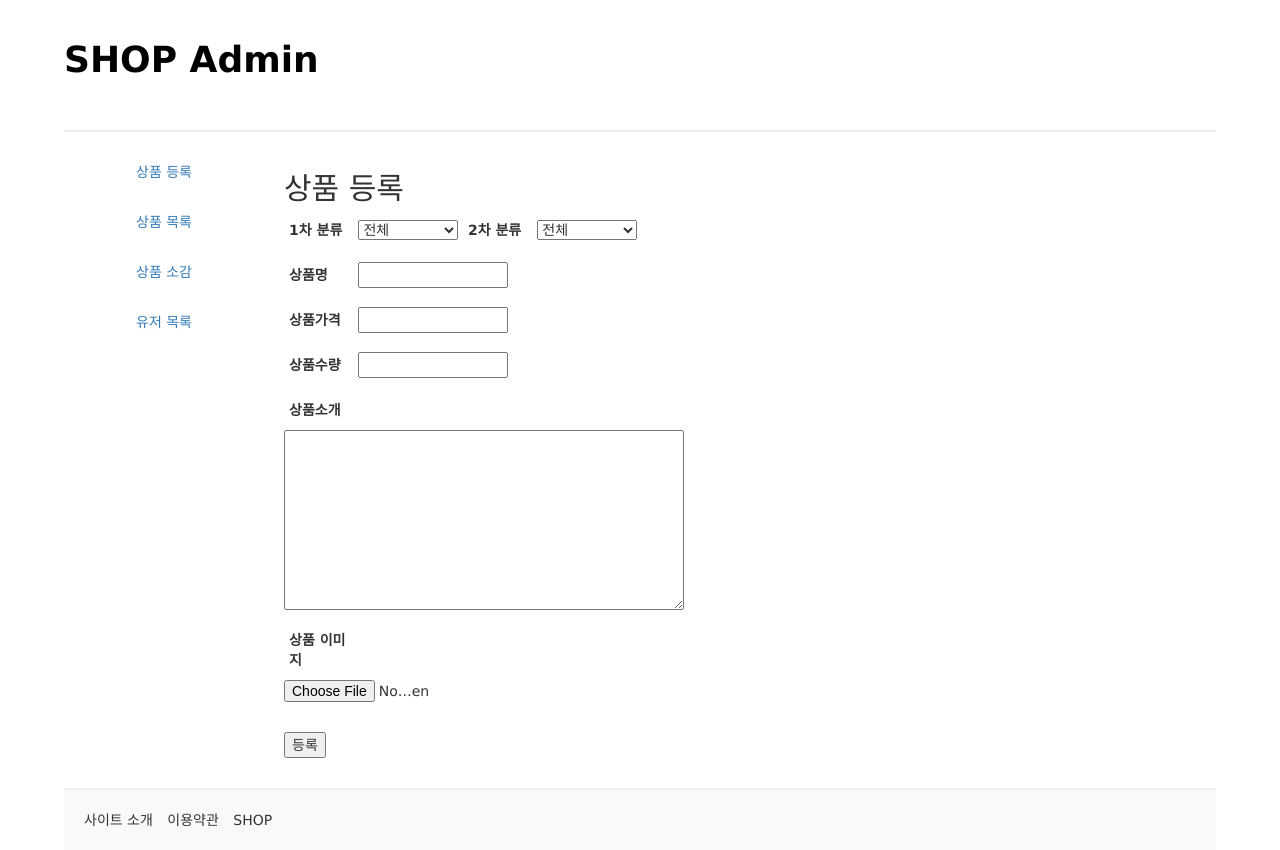
Repository: leesoonyong/shopping-mall
Page: http://localhost/shop/WEB-INF/views/admin/goods/register.jsp
These files come from the project's save history. The page is drawn as it stood at one moment and after the next save; the edit follows.
The browser window is 1280 px wide. The pictures show the whole page.
The page is served by Tomcat 9. Nobody is signed in. Other server files are loaded and not shown. The template is opened directly, without the code that normally fills it, so the values that code supplies are empty.

Above is the page before, as saved 2020-09-13 03:17:06.
Console error (its wording comes from the project's code and is left out).

### shop/src/main/webapp/WEB-INF/views/admin/goods/register.jsp
<%@ taglib uri="http://java.sun.com/jsp/jstl/core" prefix="c" %>
<%@ page language="java" contentType="text/html; charset=UTF-8" pageEncoding="UTF-8"%>
<!DOCTYPE html>
<html>
<head>
<meta charset="UTF-8">
<script src='https://code.jquery.com/jquery-3.3.1.min.js'></script>
<link rel="stylesheet" href="/resources/bootstrap/css/bootstrap.min.css">
<link rel="stylesheet" href="/resources/bootstrap/css/bootstrap-theme.min.css">
<script src="/resources/bootstrap/js/bootstrap.min.js"></script>
<script src="https://maxcdn.bootstrapcdn.com/bootstrap/3.3.2/js/bootstrap.min.js"></script>
<style>
body {
	font-family: '맑은 고딕', verdana;
	padding: 0;
	margin: 0;
}

ul {
	padding: 0;
	margin: 0;
	list-style: none;
}

div#root {
	width: 90%;
	margin: 0 auto;
}

header#header {
	font-size: 60px;
	padding: 20px 0;
}

header#header h1 a {
	color: #000;
	font-weight: bold;
}

nav#nav {
	padding: 10px;
	text-align: right;
}

nav#nav ul li {
	display: inline-block;
	margin-left: 10px;
}

section#container {
	padding: 20px 0;
	border-top: 2px solid #eee;
	border-bottom: 2px solid #eee;
}

section#container::after {
	content: "";
	display: block;
	clear: both;
}

aside {
	float: left;
	width: 200px;
}

div#container_box {
	float: right;
	width: calc(100% - 200px - 20px);
}

aside ul li {
	text-align: center;
	margin-bottom: 10px;
}

aside ul li a {
	display: block;
	width: 100%;
	padding: 10px 0;
	text-align: center;
	margin-bottom: 10px;
}

aside ul li a:hover {
	background: #eee;
}

footer#footer {
	background: #f9f9f9;
	padding: 20px;
}

footer#footer ul li {
	display: inline-block;
	margin-right: 10px;
}

.inputArea {
	margin: 10px 0;
}

select {
	width: 100px;
}

label {
	display: inline-block;
	width: 70px;
	padding: 5px;
}

label[for='gdsDes'] {
	display: block;
}

input {
	width: 150px;
}

textarea#gdsDes {
	width: 400px;
	height: 180px;
}
</style>
</head>
<body>
<div id="root">
	<header id="header">
		<div id="header_box">
			<%@ include file="../include/header.jsp" %>
		</div>
	</header>

	<nav id="nav">
		<div id="nav_box">
			<%@ include file="../include/nav.jsp" %>
		</div>
	</nav>

	<section id="container">
		<aside>
			<%@ include file="../include/aside.jsp" %>
		</aside>
		<div id="container_box">
			<h2>상품 등록</h2>
			<form method="post">
				<div class="inputArea">
					<label>1차 분류</label>
					<select class="category1">
						<option value="">전체</option>
					</select>

					<label>2차 분류</label>
					<select class="category2" name="cateCode">
						<option value="">전체</option>
					</select>
				</div>

				<div class="inputArea">
					<label for="gdsName">상품명</label>
					<input type="text" id="gdsName" name="gdsName"/>
				</div>
				<div class="inputArea">
					<label for="gdsPrice">상품가격</label>
					<input type="text" id="gdsPrice" name="gdsPrice"/>
				</div>
				<div class="inputArea">
					<label for="gdsStock">상품수량</label>
					<input type="text" id="gdsStock" name="gdsStock"/>
				</div>
				<div class="inputArea">
					<label for="gdsDes">상품소개</label>
					<textarea rows="5" cols="50" id="gdsDes" name="gdsDes"></textarea>
				</div>
				<div class="inputArea">
					<label for="gdsImg">상품 이미지</label>
					<input type="file" id="gdsImg" name="file"/>
					<div class="select_img"><img src=""/></div>
				</div>
				<div class="inputArea">
					<button type="submit" id="register_Btn">등록</button>
				</div>
			</form>
		</div>
	</section>

	<footer id="footer">
		<div id="footer_box">
			<%@ include file="../include/footer.jsp" %>
		</div>
	</footer>
</div>
<script>
//컨트롤러에서 데이터 받기
var jsonData = JSON.parse('${category}');
console.log(jsonData);

var cate1Arr = new Array();
var cate10bj = new Object();


//1차 분류 셀렉트 박스에 삽입할 데이터
for(var i = 0; i< jsonData.length; i++){
	if(jsonData[i].level == "1"){
		cate10bj = new Object();
		cate10bj.cateCode = jsonData[i].cateCode;
		cate10bj.cateName = jsonData[i].cateName;
		cate1Arr.push(cate10bj);
	}
}
//1차 분류 셀렉트 박스에 데이터삽입
var cate1Select = $("select.category1")

for(var i = 0; i < cate1Arr.length; i++) {
 cate1Select.append("<option value='" + cate1Arr[i].cateCode + "'>"
      + cate1Arr[i].cateName + "</option>");
}

$(document).on("change","select.category1",function(){
	var cate2Arr = new Array();
	var cate2Obj = new Object();

	//2차 분류 셀렉트 박스에 삽입할 데이터 준비
	for(var i = 0; i < jsonData.length; i++){
		if(jsonData[i].level == "2"){
			cate2Obj = new Object();
			cate2Obj.cateCode = jsonData[i].cateCode;
			cate2Obj.cateName = jsonData[i].cateName;
			cate2Obj.cateCodeRef = jsonData[i].cateCodeRef;

			cate2Arr.push(cate2Obj);
		}
	}

	var cate2Select = $("select.category2")
	/*
	for(var i = 0; i < cate2Arr.length; i++){
		cate2Select.append("<option value='" + cate2Arr[i].cateCode + "'>"
							+ cate2Arr[i].cateName + "</option>");
	}
	*/
	cate2Select.children().remove();
	$("option:selected", this).each(function(){
		var selectVal = $(this).val();
		cate2Select.append("<option value='"+ selectVal +"'>전체</option>");

		for(var i = 0; i < cate2Arr.length; i++){
			if(selectVal == cate2Arr[i].cateCodeRef){
				cate2Select.append("<option value='" + cate2Arr[i].cateCode + "'>"
									+ cate2Arr[i].cateName + "</option>");
			}
		}
	})
});

/*상품 이미지 스크립트*/
$("#gdsImg").change(function(){
	if(this.files && this.files[0]){
		var reader = new FileReader;
		reader.onload = function(data){
			$(".select_img img").attr("src", data.target.result).width(500);
		}
		reader.readAsDataURL(this.files[0]);
	}
});
</script>
</body>
</html>

### shop/src/main/webapp/WEB-INF/views/admin/include/header.jsp
<%@ taglib uri="http://java.sun.com/jsp/jstl/core" prefix="c" %>
<%@ page language="java" contentType="text/html; charset=UTF-8" pageEncoding="UTF-8"%>
<h1 class="title">
	<a href="/admin/index">SHOP Admin</a>
</h1>

### shop/src/main/webapp/WEB-INF/views/admin/include/nav.jsp
<%@ taglib uri="http://java.sun.com/jsp/jstl/core" prefix="c" %>
<%@ page language="java" contentType="text/html; charset=UTF-8" pageEncoding="UTF-8"%>
<ul>
<c:if test="${member != null}">
	<li>
		<a href="/">일반화면</a>
	</li>
	<li>
		<a href="/member/signOut">로그아웃</a>
	</li>
</c:if>
</ul>

### shop/src/main/webapp/WEB-INF/views/admin/include/aside.jsp
<%@ taglib uri="http://java.sun.com/jsp/jstl/core" prefix="c" %>
<%@ page language="java" contentType="text/html; charset=UTF-8" pageEncoding="UTF-8"%>
<ul>
	<li><a href="/admin/goods/register">상품 등록</a></li>
	<li><a href="/admin/goods/list">상품 목록</a></li>
	<li><a href="">상품 소감</a></li>
	<li><a href="">유저 목록</a></li>
</ul>

### shop/src/main/webapp/WEB-INF/views/admin/include/footer.jsp
<%@ taglib uri="http://java.sun.com/jsp/jstl/core" prefix="c" %>
<%@ page language="java" contentType="text/html; charset=UTF-8" pageEncoding="UTF-8"%>
<ul>
	<li>사이트 소개</li>
	<li>이용약관</li>
	<li>SHOP</li>
</ul>

Loaded but not shown: shop/src/main/webapp/resources/bootstrap/css/bootstrap.min.css (library); shop/src/main/webapp/resources/bootstrap/css/bootstrap-theme.min.css (library); shop/src/main/webapp/resources/bootstrap/js/bootstrap.min.js (library)

After the next save:
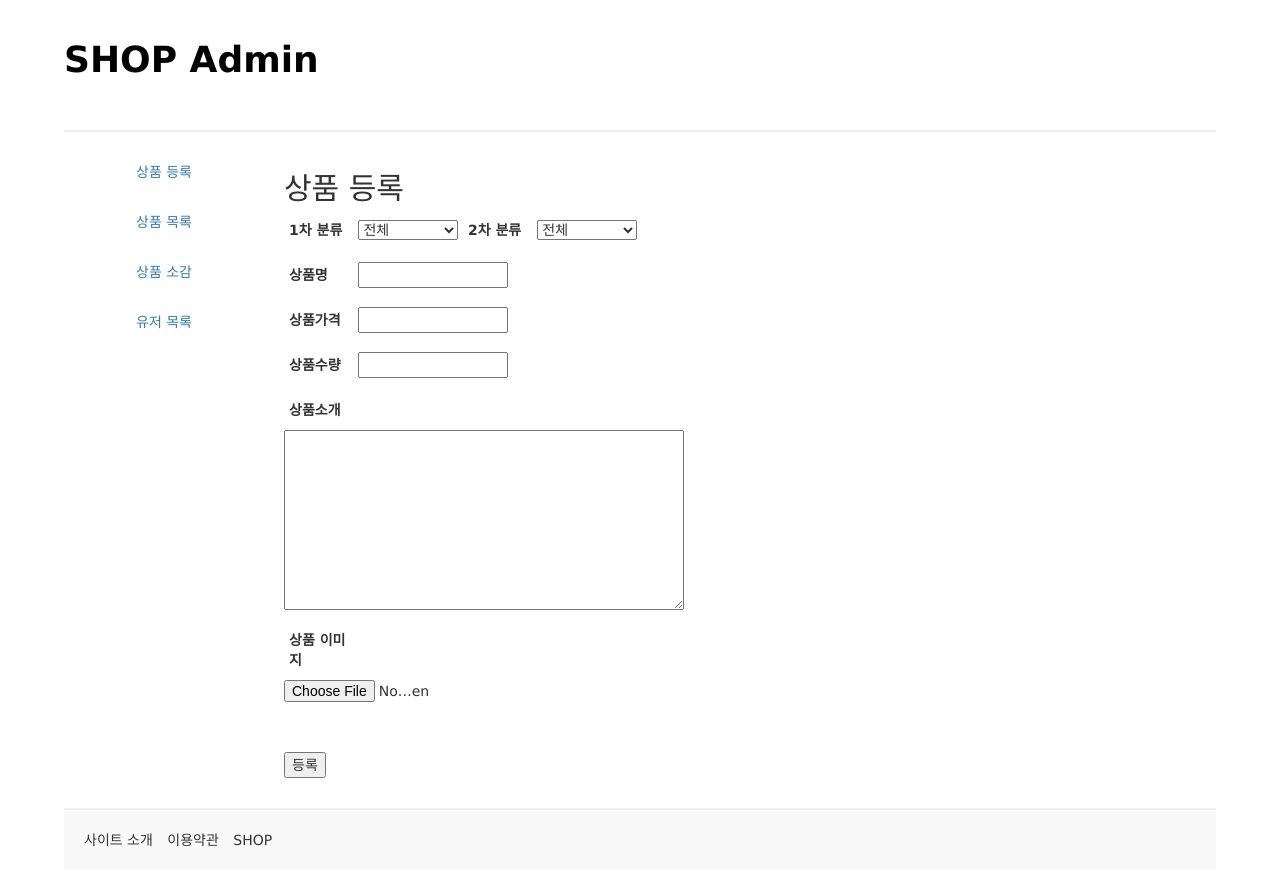
Saved 108 s later.
--- a/shop/src/main/webapp/WEB-INF/views/admin/goods/register.jsp
+++ b/shop/src/main/webapp/WEB-INF/views/admin/goods/register.jsp
@@ -122,6 +122,10 @@ textarea#gdsDes {
 	width: 400px;
 	height: 180px;
 }
+.select_img img{
+	margin:20px 0;
+}
+
 </style>
 </head>
 <body>
